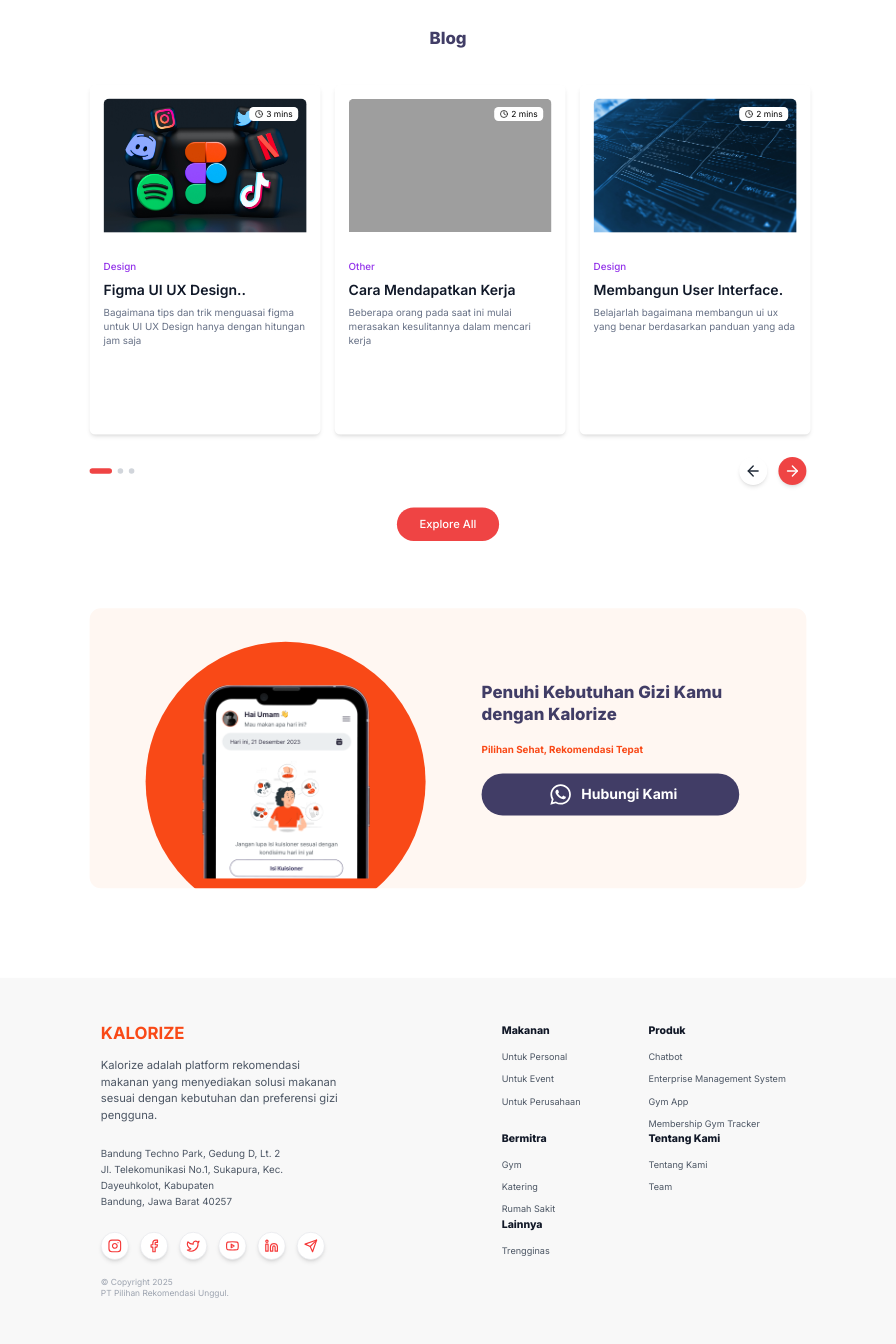
Repository: kalorizeofficial/new-main-web-kalorize
Page: /
An editor plug-in stored every save of this project. The page is shown before and after the next save, followed by the edit.
The browser window is 1280 px wide. The pictures show the part of the page from y = 1127 to 3047 px (the page is 3047 px tall before and 2999 px after), at 70% of full size.
Pictures or frames that could not be fetched are drawn as grey boxes. The project was rebuilt for these pictures with package versions that can differ from the ones it lists, and the page was loaded fresh each time.

Above is the page before, as saved 2025-03-01 12:07:24.

After the next save:
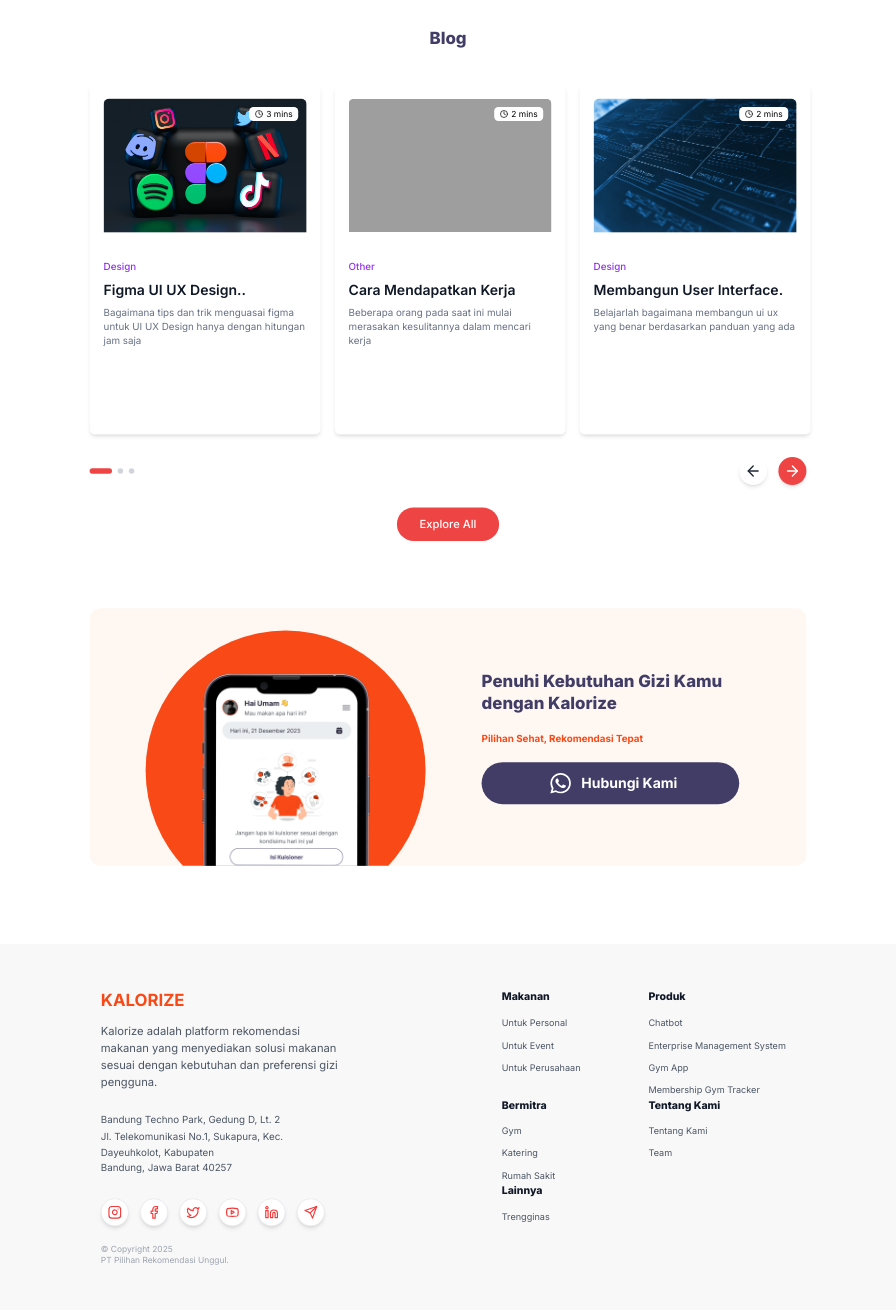
Saved 7 s later.
--- a/src/pages/contact.jsx
+++ b/src/pages/contact.jsx
@@ -3,7 +3,7 @@
 function Contact() {
   return (
     <section className="py-8 md:py-16 bg-white">
-      <section className="max-w-5xl mx-auto bg-[#FFF7F2] rounded-2xl px-4 md:px-8 py-28 md:py-12 mb-8 md:mb-16 overflow-hidden">
+      <section className="max-w-5xl mx-auto bg-[#FFF7F2] rounded-2xl px-4 md:px-8 py-28 md:py-8 mb-8 md:mb-12 overflow-hidden">
         <div className="max-w-4xl mx-auto">
           <div className="flex flex-col md:flex-row items-center justify-center md:gap-16">
             {/* Left side - Stacked images */}
